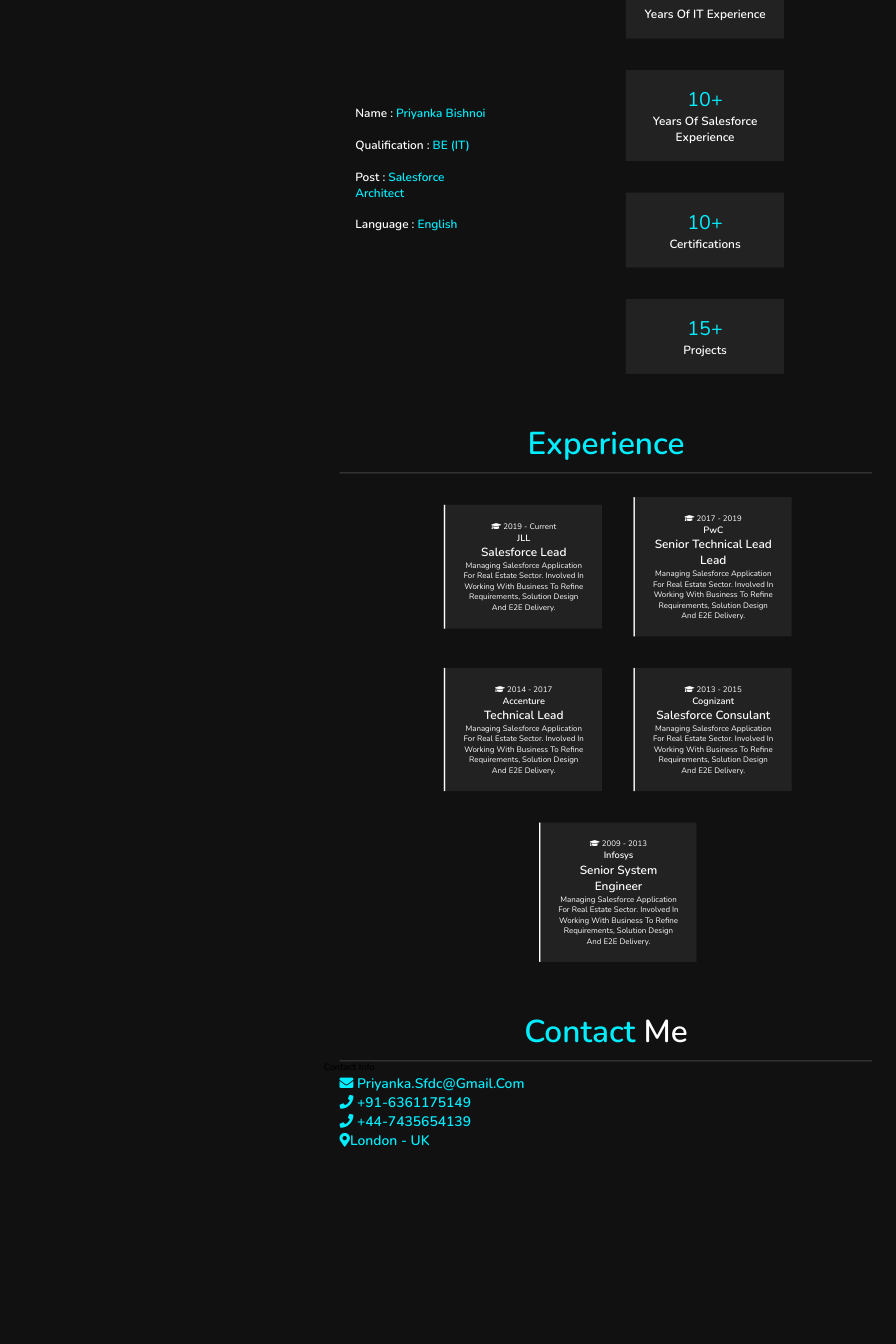
Repository: priyanka-bishnoi/PortfolioPage
Page: MyPage.html
These files come from the project's save history. The page is drawn as it stood at one moment and after the next save; the edit follows.
The browser window is 1280 px wide. The pictures show the part of the page from y = 903 to 2823 px (the page is 3043 px tall), at 70% of full size.

Above is the page before, as saved 2022-10-09 15:18:30.

After the next save:
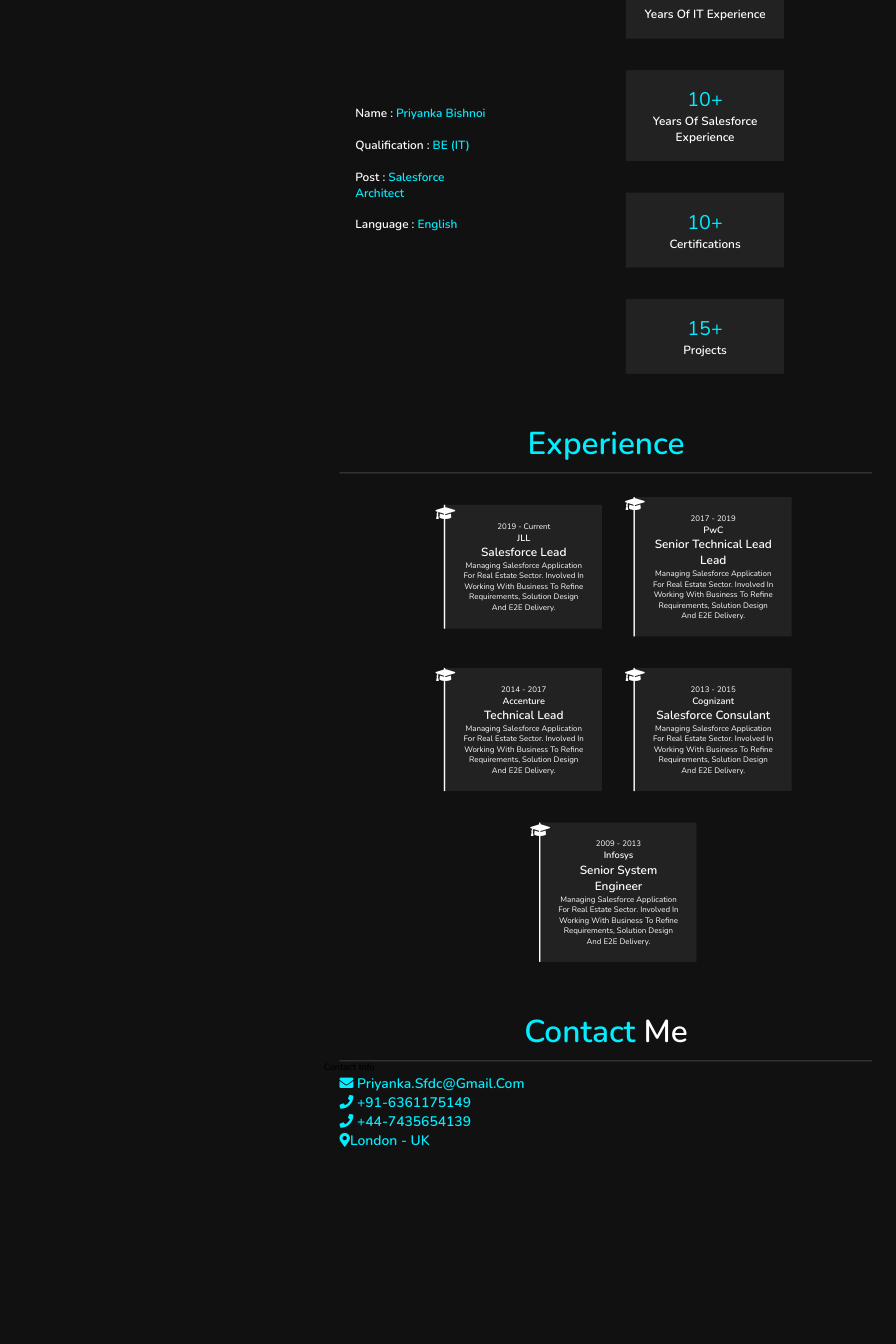
Saved 86 s later.
--- a/css/style.css
+++ b/css/style.css
@@ -218,7 +218,18 @@ header .navBar ul li a:hover{
     position: relative;
 }
 
-
+.experience .exp .box i{
+    position: absolute;
+    top:-1.5rem; left:-2.5rem;
+    height:5rem;
+    width: 5rem;
+    border-radius: 50%;
+    line-height: 5rem;
+    text-align: center;
+    font-size: 2rem;
+    color:#fff;
+    background:var(--yellow);
+}
 
 .contact .row .content .info {
 
